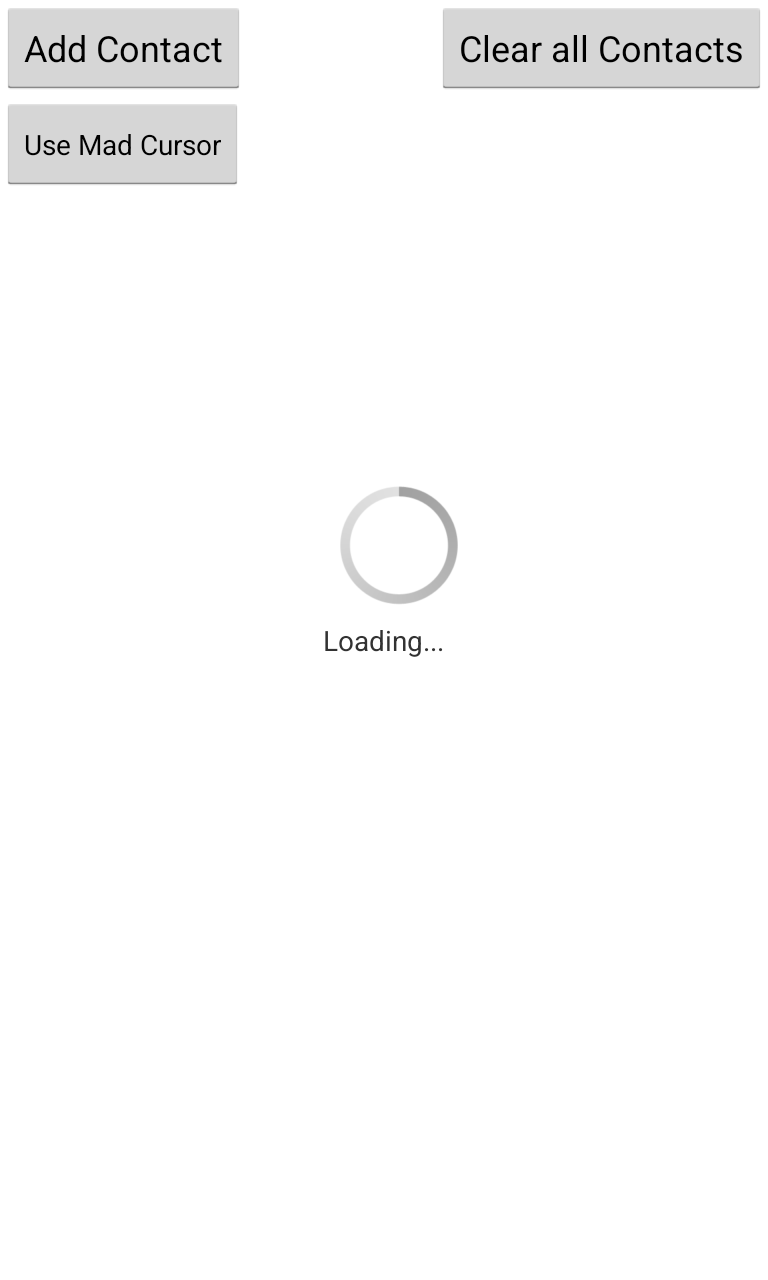
Repository: yoszka/Andro_apps
Layout: ContactsTest/res/layout/activity_main.xml
An editor plug-in stored every save of this project. The layout is shown before and after the next save, followed by the edit.
It is drawn on a 768 x 1280 px phone screen (xhdpi) without system bars, with theme AppTheme; the app's code is not run.

Above is the layout before, as saved 2013-02-13 23:50:23.

After the next save:
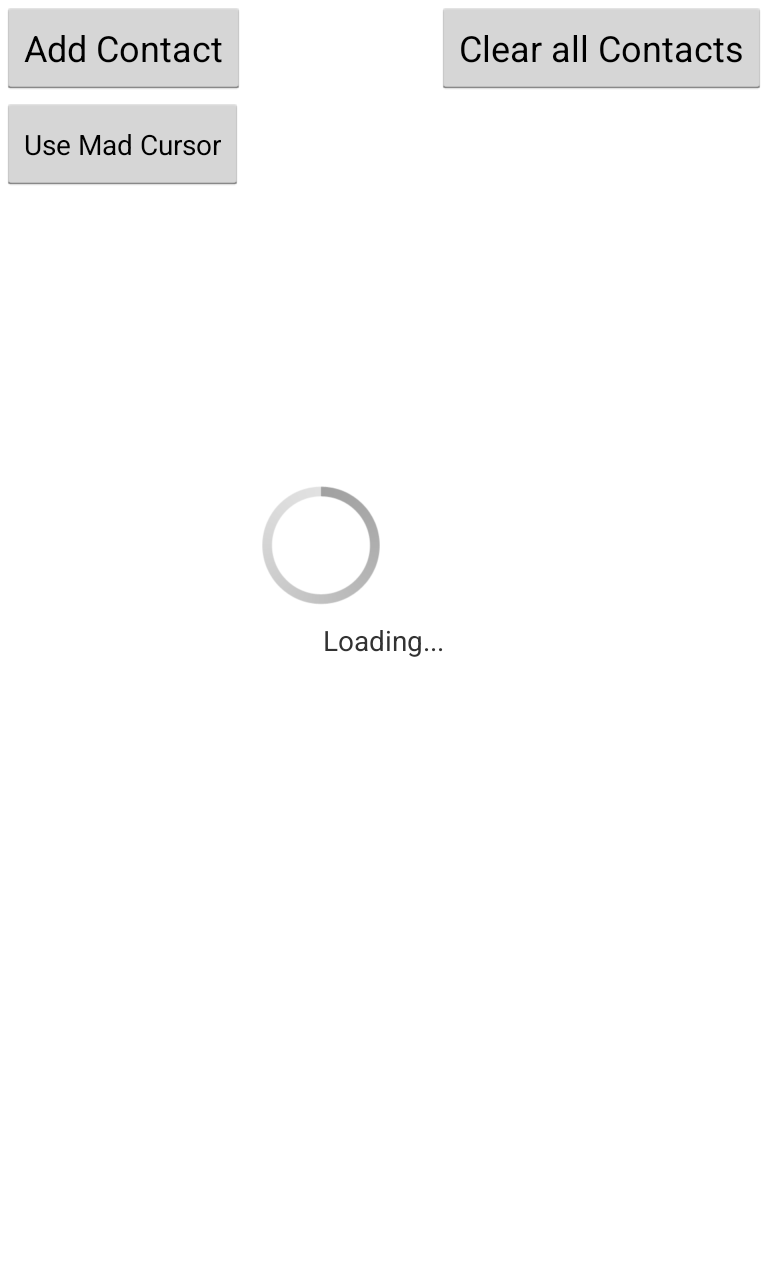
Saved 18 s later.
--- a/ContactsTest/res/layout/activity_main.xml
+++ b/ContactsTest/res/layout/activity_main.xml
@@ -3,14 +3,6 @@
     android:layout_width="match_parent"
     android:layout_height="match_parent"
     tools:context=".MainActivity" >
-
-    <TextView
-        android:id="@+id/textViewLoading"
-        android:layout_width="wrap_content"
-        android:layout_height="wrap_content"
-        android:layout_centerHorizontal="true"
-        android:layout_centerVertical="true"
-        android:text="@string/tv_txt_loading" />
 
     <Button
         android:id="@+id/button1"
@@ -46,6 +38,14 @@
         android:layout_width="wrap_content"
         android:layout_height="wrap_content"
         android:layout_above="@+id/textViewLoading"
-        android:layout_alignLeft="@+id/textViewLoading" />
+        android:layout_toRightOf="@+id/button3" />
+
+    <TextView
+        android:id="@+id/textViewLoading"
+        android:layout_width="wrap_content"
+        android:layout_height="wrap_content"
+        android:layout_centerHorizontal="true"
+        android:layout_centerVertical="true"
+        android:text="@string/tv_txt_loading" />
 
 </RelativeLayout>
